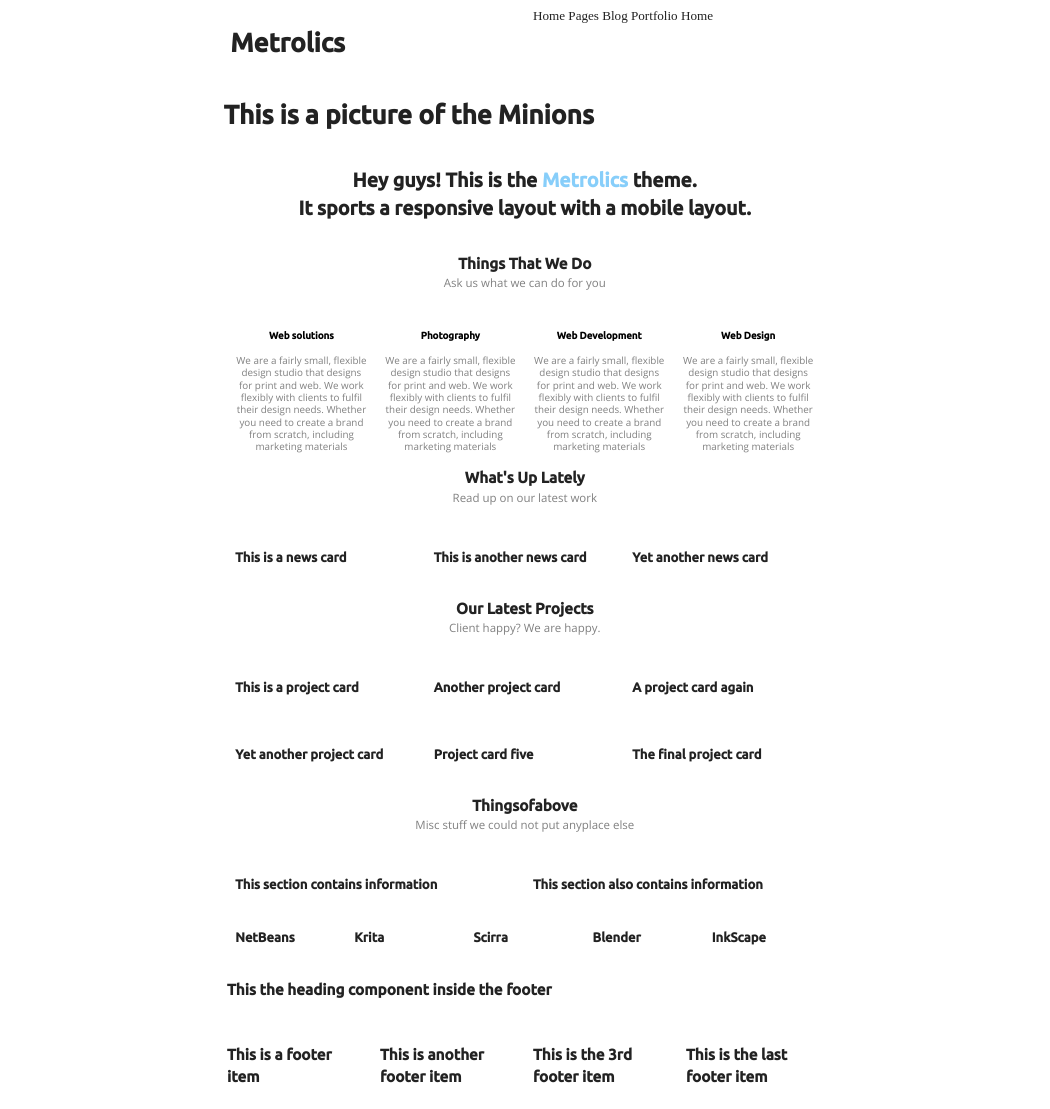
Repository: kennyharman/Marlowe_Kenny_Lab_02B
Page: index.html
The author's editor kept a copy of each file at every save. The page is drawn from the files as they stood at one save, then again after a run of saves.
The browser window is 1280 px wide. The pictures show the whole page, at 82% of full size.

Above is the page before, as saved 2024-02-05 15:43:16.

After the next 2 saves:
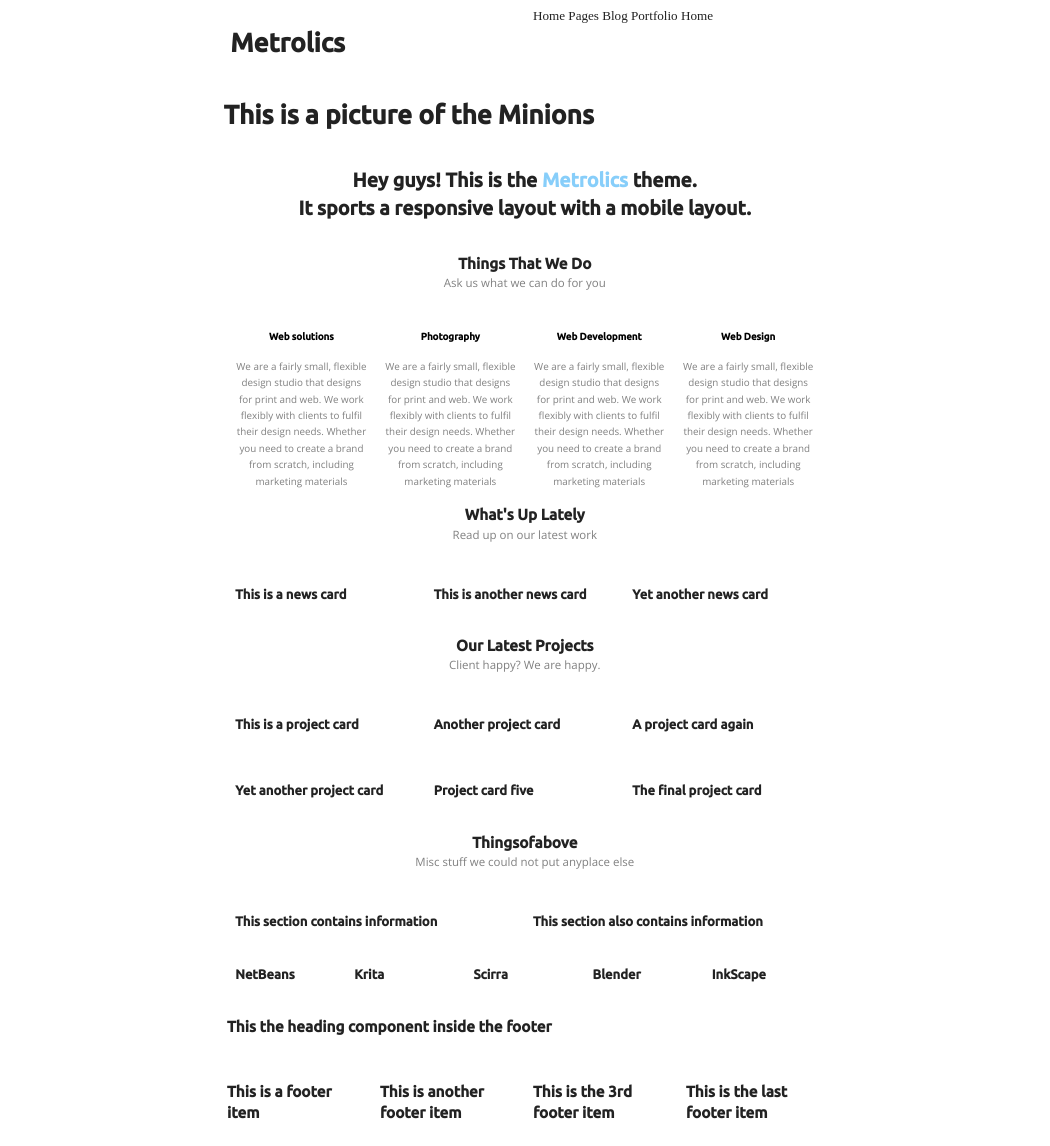
The 2 saves are shown as one change because they came seconds apart.
The last was saved 7 s later.
--- a/css/style.css
+++ b/css/style.css
@@ -324,7 +324,7 @@
   padding: 0px;
   color: grey;
   font-family: 'Open Sans', sans-serif;
-  line-height: 15px;
+  line-height: 20px;
 }
 
 .services-card > h4 {
